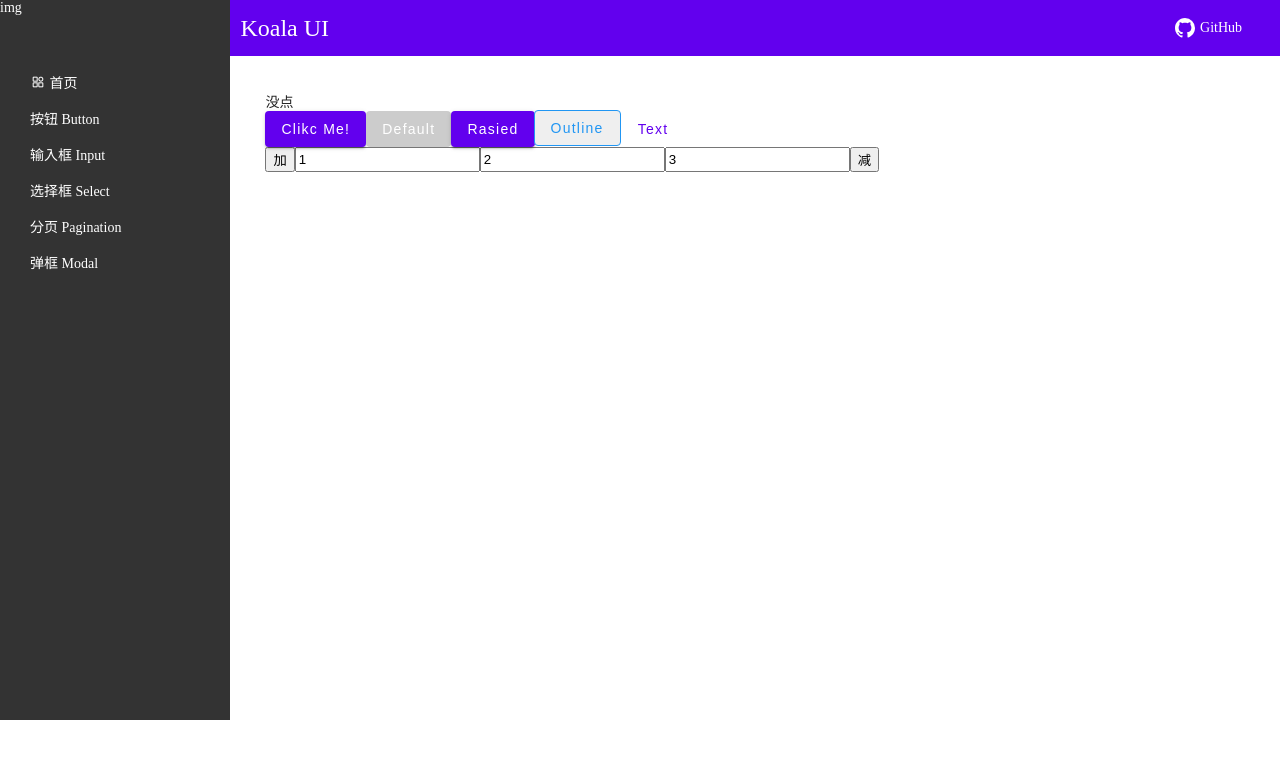
Repository: wyhsunflower/koalaUI
Page: /
The author's editor kept a copy of each file at every save. The page is drawn from the files as they stood at one save, then again after the next save.
The browser window is 1280 px wide. The pictures show the whole page.
The project was rebuilt for these pictures with package versions that can differ from the ones it lists, and the page was loaded fresh each time. Also part of the build but not shown: webpack.config.js, src/components/Modal/Modal.vue. Imported but missing from the stored project, and not drawn on this page: src/views/go/go2.vue.

Above is the page before, as saved 2020-03-19 19:15:54.

### index.html
<!DOCTYPE html>
<html lang="en">
<head>
    <meta charset="UTF-8">
    <title>koala's UI</title>
</head>
<body>
<div id="app"></div>
</body>
</html>

### src/index.js
import Vue from 'vue';
import App from './app';
import './components/components.js'
import './styles/global.scss';
import './styles/iconfont/icon.scss'
import router from './router/route';


new Vue({
    router,
    render(h) {
        return h(App);
    }
}).$mount('#app');

### src/app.vue
<template>
    <div id="app" class="container">
        <SideBar></SideBar>
        <div class="right">
            <Header></Header>
            <div class="main">
                <transition>
                 <router-view></router-view>
                </transition>
            </div>
        </div>
    </div>
</template>
<script>
    import SideBar from './SideBar';
    import Header from './Header';
    export default {
        name: "app",
        components:{
            SideBar,
            Header
        },
    }
</script>

<style lang="scss" scoped>
    @import "styles/global";
    .container{
        width: 100%;
        display: flex;
        flex-flow: row nowrap;
        height: 100%;
    }
    .right{
        width: 82%;
        height: 100%;
    }
        .main{
            width: 100%;
            height: 100%;
            padding:2.5rem;
        }
</style>

### src/components/components.js
import Vue from 'vue'
import Button from './Button/Button';
import Modal from './Modal/Modal';

Vue.component('Button',Button);
Vue.component('Modal',Modal);

### src/styles/global.scss
$font-color: rgba(0,0,0, 0.87);
$color-btn-default:#ccc;
$color-btn-primary:#2196f3;
$color-btn-custom:#6200ee;
* {
    box-sizing: border-box;
}
html, body {
    margin: 0;
    padding: 0;
    font-size: 14px;
}
html{
    width: 100%;
    height: 100%;
    outline: none;
    font-size: 14px;
}
body {
    color: $font-color;
    font-size: 14px;
    height: 100%;
    width: 100%;
}
.koala-button{

    -moz-osx-font-smoothing: grayscale;
    -webkit-font-smoothing: antialiased;
    font-size: 1rem;
    line-height: 2.25rem;
    font-weight: 500;
    letter-spacing: .0892857143em;
    text-decoration: none;
    display: inline-flex;
    position: relative;
    align-items: center;
    justify-content: center;
    box-sizing: border-box;
    min-width: 64px;
    border: none;
    outline: none;
    line-height: 1;
    -webkit-user-select: none;
    -moz-user-select: none;
    -ms-user-select: none;
    user-select: none;
    -webkit-appearance: none;
    overflow: visible;
    vertical-align: middle;
    border-radius: 4px;
    cursor: pointer;

    padding: 0 1.145rem;
    min-width: 4.5rem;
    color: #fff;
    height: 2.572rem;
}

### src/styles/iconfont/icon.scss
@font-face {font-family: "iconfont";
  src: url('./iconfont.eot?t=1575969178796'); /* IE9 */
  src: url('./iconfont.eot?t=1575969178796#iefix') format('embedded-opentype'), /* IE6-IE8 */
       url('./iconfont.woff?t=1575969178796') format('woff'),
       url('./iconfont.ttf?t=1575969178796') format('truetype'), /* chrome, firefox, opera, Safari, Android, iOS 4.2+ */
       url('./iconfont.svg?t=1575969178796#iconfont') format('svg'); /* iOS 4.1- */
}
.iconfont {
  font-family: "iconfont" !important;
  font-size: 16px;
  font-style: normal;
  -webkit-font-smoothing: antialiased;
  -moz-osx-font-smoothing: grayscale;
}
.icon-all:before {
  content: "\e6ef";
}

### src/router/route.js
import Router from 'vue-router';
import Vue from 'vue';
//import Home from '../app';
//import Button from '../components/Button/Button';
import Home from '../views/home';


const routerListDir=[];

function importAllRouter(r) {
    r.keys().forEach(
        (key)=>routerListDir.push(r(key).default)
    )
}

importAllRouter(require.context('../router',true,/\.router\.js/));
Vue.use(Router);
console.log(routerListDir);

export default new Router({
    routes: [
        ...routerListDir,
        { path: '/',component:Home},
        //{ path: '/button',component:Button},
    ]
});

### src/SideBar.vue
<template>
    <div class="side">
        <div class="top">
            <div>img</div>
            <!--<img src="./static/img/logo.jpg">-->
        </div>
        <ul class="side-list">
            <li v-for="x of lists">
                <i class="iconfont" :class="x.icon"></i>
                {{x.name}}
            </li>
        </ul>
    </div>
</template>

<script>
    export default {
        name: "SideBar",
        data(){
            return{
                lists:[
                    {
                        name:'首页',
                        icon:'icon-all',
                    },
                    {
                        name:'按钮 Button',
                        icon:'button',
                    },
                    {
                        name:'输入框 Input',
                        icon:'input',
                    },
                    {
                        name:'选择框 Select',
                        icon:'select',
                    },
                    {
                        name:'分页 Pagination',
                        icon:'pagination',
                    },
                    {
                        name:'弹框 Modal',
                        icon:'modal',
                    },
                ],
            }
        },
    }
</script>

<style lang="scss" scoped>
    .side {
        max-width: 300px;
        width: 18%;
        background: rgba(0,0,0,.8);
        height: 100%;
        color: #fff;
    }
    .top {
        height: 50px;
    }
    ul{
        list-style: none;
        padding: 0;
    }
    li{
        padding: 8px 30px;
        &:hover{background: rgba(0,0,0,.2);}
    }
</style>

### src/Header.vue
<template>
    <div class="header">
        <div class="title">Koala UI</div>
        <div class="right">
            <!-- <div class="search">GitHub</div> -->
            <div class="config">
                <svg width="20" height="20" viewBox="0 0 20 20" xmlns="http://www.w3.org/2000/svg">
                <title>github-circle-white-transparent</title>
                    <path d="M10 0C4.477 0 0 4.477 0 10c0 4.42 2.87 8.17 6.84 9.5.5.08.66-.23.66-.5v-1.69c-2.77.6-3.36-1.34-3.36-1.34-.46-1.16-1.11-1.47-1.11-1.47-.91-.62.07-.6.07-.6 1 .07 1.53 1.03 1.53 1.03.87 1.52 2.34 1.07 2.91.83.09-.65.35-1.09.63-1.34-2.22-.25-4.55-1.11-4.55-4.92 0-1.11.38-2 1.03-2.71-.1-.25-.45-1.29.1-2.64 0 0 .84-.27 2.75 1.02.79-.22 1.65-.33 2.5-.33.85 0 1.71.11 2.5.33 1.91-1.29 2.75-1.02 2.75-1.02.55 1.35.2 2.39.1 2.64.65.71 1.03 1.6 1.03 2.71 0 3.82-2.34 4.66-4.57 4.91.36.31.69.92.69 1.85V19c0 .27.16.59.67.5C17.14 18.16 20 14.42 20 10A10 10 0 0 0 10 0z" fill="#FFF" fill-rule="evenodd"/>
                </svg>
                <div class="github">GitHub</div>
            </div>
        </div>
    </div>
</template>

<script>
    export default {
        name: "Header"
    }
</script>

<style lang="scss" scoped>
    .header{
        width: 100%;
        display: flex;
        justify-content: space-between;
        align-items: center;
        background-color:#6200ee;
        height:56px;
    }
    .title{
        width: 70%;
        color:#fff;
        font-size:24px;
        padding-left:10px;
    }
    .right{
        width: 10%;
    }
    .config{
        display:flex;
        align-items:center;
        cursor:pointer;
    }
    .github{
        color:#fff;
        font-size: 1rem;
        padding-left:5px;
    }
</style>

### src/components/Button/Button.vue
<template>
    <component
            class="koala-button"
            :class="buttonType"
            is="button"
            @click="onClick"
    >
        <slot></slot>
    </component>
</template>

<script>
    //type color icon
    export default {
        name: "Button",
        // ['type','color','diabled','size'],
        props: {
            type:{
                type: String,
                default:'default', // 'default', 'rasied , 'text', 'outline'
            },
            color:{
                type: String,
                default: 'default', // 'default', 'primary', 'custom'
            },
            size:{
                type: String,
                default: 'normal' // 'small', 'normal', 'large','custom'
            },
            disabled: {
                type: Boolean,
                default: false
            }
        },
        data(){
            return{
            }
        },
        components:{

        },
        computed:{
            buttonType(){
                const buttonClass = {
                    "outline": [`koala-button-${this.type}`,`koala-button-ouline-color-${this.color}`],
                    "text": [`koala-button-${this.type}`,`koala-button-text-color-${this.color}`],
                    "default": [`koala-button-${this.type}`,`koala-button-color-${this.color}`],
                    "rasied": [`koala-button-${this.type}`,`koala-button-color-${this.color}`],
                }
                return buttonClass[this.type]
            },
        },
        methods:{
            onClick(e){
                this.$emit('click', e);
            }
        },
        mounted(){
        },
    }
</script>

<style lang="scss" scoped >
    @import "../../styles/global.scss";
// .koala-button{
//     background-color:#ccc;
//     min-width: 4.5rem;
//     border-radius: .25rem;
//     color: #fff;
//     font-size: .875rem;
//     font-weight: 300;
//     box-sizing: border-box;
//     position: relative;
//     -webkit-user-select: none;
//     -moz-user-select: none;
//     -ms-user-select: none;
//     user-select: none;
//     cursor: pointer;
//     outline: none;
//     border: none;
//     -webkit-tap-highlight-color: transparent;
//     display: inline-block;
//     white-space: nowrap;
//     text-decoration: none;
//     vertical-align: baseline;
//     text-align: center;
//     margin: 0;
//     min-width: 64px;
//     line-height: 36px;
//     padding: 0 16px;
//     border-radius: 4px;
//     overflow: visible;
//     transform: translate3d(0, 0, 0);
//     transition: background 400ms cubic-bezier(0.25, 0.8, 0.25, 1),box-shadow 280ms cubic-bezier(0.4, 0, 0.2, 1);
// }
    .koala-button-default{
        box-shadow: 0 0 0 0 rgba(0,0,0,.2), 0 0 0 0 rgba(0,0,0,.14), 0 0 0 0 rgba(0,0,0,.12);
    }
    .koala-button-rasied{
        box-shadow: 0px 3px 1px -2px rgba(0, 0, 0, 0.2), 0px 2px 2px 0px rgba(0, 0, 0, 0.14), 0px 1px 5px 0px rgba(0,0,0,.12);
        transition: box-shadow 280ms cubic-bezier(0.4, 0, 0.2, 1);
    }
    .koala-button-text{
        background-color: transparent;
        // color: $color-btn-primary;
    }
    .koala-button-outline{
        top: -1px;
        left: -1px;
        // border: 1px solid transparent;
        // color:$color-btn-primary;
        // border-color: $color-btn-primary;
    }
    .koala-button-color-default{
        background-color:$color-btn-default;
    }
    .koala-button-color-primary{
        background-color:$color-btn-primary;
    }
    .koala-button-color-custom{
        background-color:$color-btn-custom;
    }
    .koala-button-ouline-color-default{
        border: 1px solid transparent;
        color:$color-btn-default;
        border-color: $color-btn-default;
    }
    .koala-button-ouline-color-primary{
        border: 1px solid transparent;
        color:$color-btn-primary;
        border-color: $color-btn-primary;
    }
    .koala-button-ouline-color-custom{
        border: 1px solid transparent;
        color:$color-btn-custom;
        border-color: $color-btn-custom;
    }
    .koala-button-text-color-default{
        color: $color-btn-default;
    }
    .koala-button-text-color-primary{
        color: $color-btn-primary;
    }
    .koala-button-text-color-custom{
        color: $color-btn-custom;
    }
</style>

### src/views/home.vue
<template>
    <div class="main-container">
        <div>{{message}}</div>
        <Button @click="showModal" type="rasied" color="custom">Clikc Me!</Button>
        <Modal v-if="modal" :self="this" :confirmCallback="confirmWay" :cancelCallback="cancelWay">
            <div>Modal组件</div>
            <div>Modal组件</div>
            <div>Modal组件</div>
            <div>Modal组件</div>
            <div>Modal组件</div>
            <div>Modal组件</div>
        </Modal>
        <Button @click="clicked('default')" type="default" color="default">Default</Button>
        <Button @click="clicked('rasied')" type="rasied" color="custom">Rasied</Button>
        <Button @click="clicked('outline')" type="outline" color="primary">Outline</Button>
        <Button @click="clicked('text')" type="text" color="custom">Text</Button>
        <div class="time-picker">
        <button click="">加</button>
        <input type="number"  value="1">
        <input type="number" value="2">
        <input type="number" value="3">
        <button click="">减</button>
        </div>
    </div>
</template>

<script>
    // import Modal from '../components/Modal/Modal.vue'
    // import Button from '../components/Button/Button.vue'
    export default {
        name: "home",
        data(){
            return{
                modal:false,
                message:'没点'
            }
        },
        // components:{
        //     Button
        // },
        methods:{
            showModal(){
                this.modal = true
            },
            confirmWay(){
                this.message = '确定'
            },
            cancelWay(){
                this.message = '取消了'
            },
            clicked(name){
                alert(name)
            },
        },
    }
</script>

<style lang="scss" scoped>
.time-picker{
    display: flex;
    flex-flow: row nowrap;
}
.time-picker input, .time-picker button{

}
</style>

### src/router/button.router.js
import Button from '../components/Button/Button';
export default {
    path: '/button',
    name: 'button',
    component:Button,
    children:[]
}

### src/router/modal.router.js
import Modal from '../components/Modal/Modal';
export default {
    path: '/modal',
    name: 'modal',
    component:Modal,
}

### src/router/sample.router.js
import Sample from '../views/go/go2.vue';
export default {
    path: '/sample',
    name: 'sample',
    component:Sample,
}

After the next save:
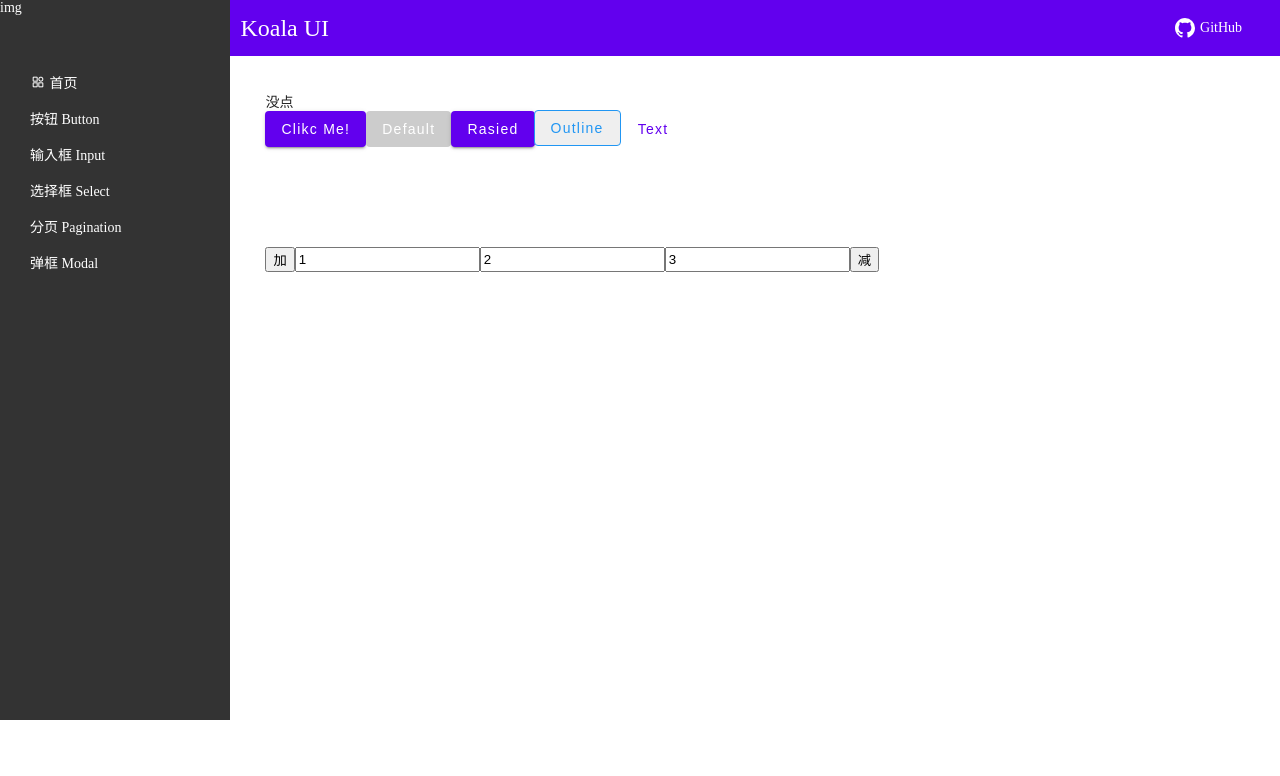
Saved 21 s later.
--- a/src/views/home.vue
+++ b/src/views/home.vue
@@ -59,6 +59,7 @@
 .time-picker{
     display: flex;
     flex-flow: row nowrap;
+    margin-top:100px;
 }
 .time-picker input, .time-picker button{
 
